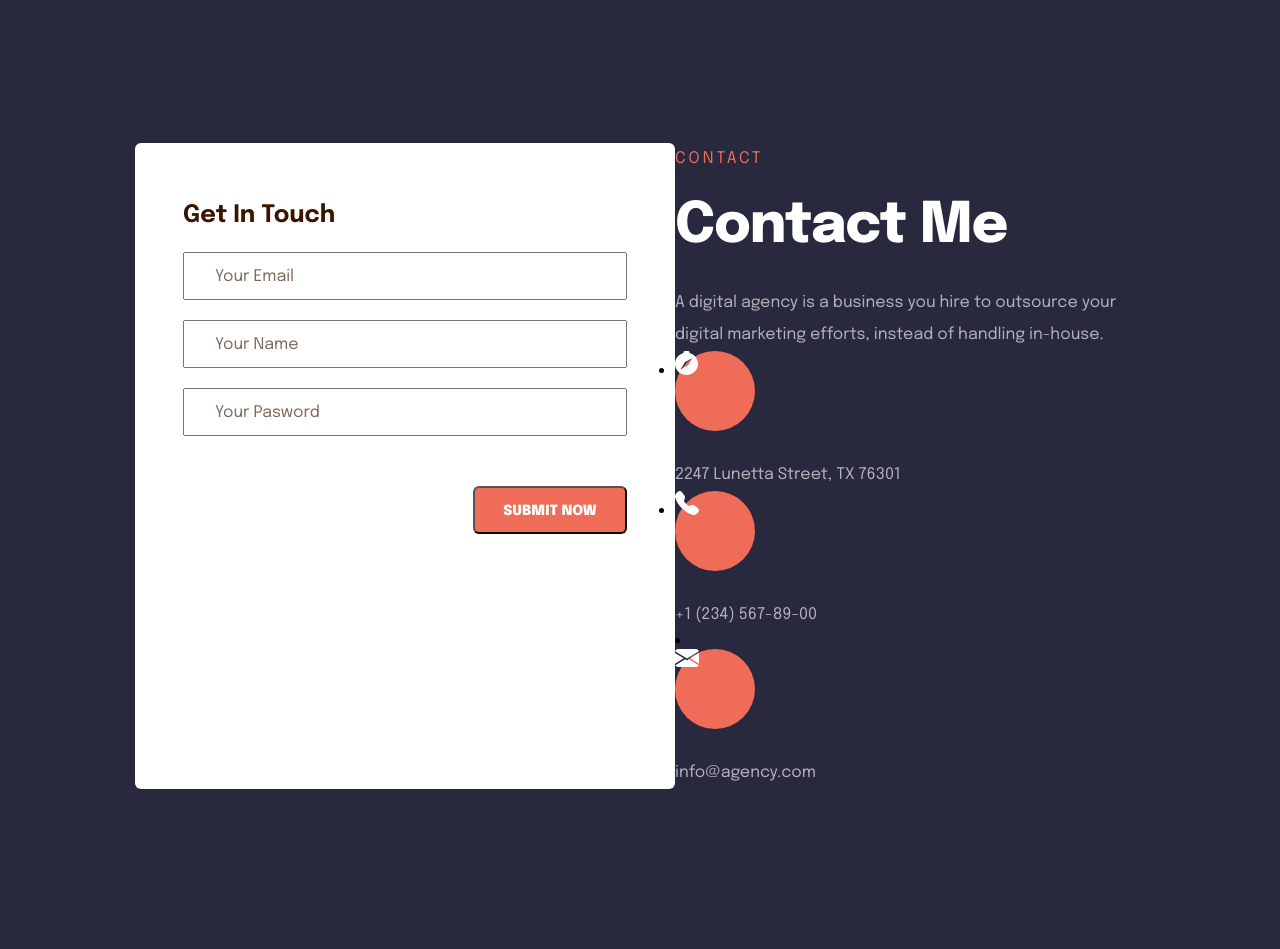
Repository: MehdiKerimov/Figma-Task-14
Page: index.html
The author's editor kept a copy of each file at every save. The page is drawn from the files as they stood at one save, then again after the next save.
The browser window is 1280 px wide. The pictures show the whole page.

Above is the page before, as saved 2023-10-07 15:34:22.

### index.html
<!DOCTYPE html>
<html lang="en">
  <head>
    <meta charset="UTF-8" />
    <meta name="viewport" content="width=device-width, initial-scale=1.0" />
    <title>Document</title>
    <link rel="stylesheet" href="index.css" />
  </head>
  <body>
    <div class="container">
      <div class="box-container">
        <h1>Get In Touch</h1>
        <form action="">
          <label for="">
            <input type="email" placeholder="Your Email" name="" id="" />
          </label>
          <label for="">
            <input type="text" placeholder="Your Name" />
          </label>
          <label for="">
            <input type="password" placeholder="Your Pasword" />
          </label>
          <button><a href="#">Submit Now</a></button>

        </form>
      </div>

      <div class="text-box">
        <h1>Contact</h1>
        <h2>Contact Me</h2>
        <p>
          A digital agency is a business you hire to outsource your digital
          marketing efforts, instead of handling in-house.
        </p>

        <ul>
          <li>
            <div class="circle">
              <svg
                xmlns="http://www.w3.org/2000/svg"
                width="23"
                height="24"
                viewBox="0 0 23 24"
                fill="none"
              >
                <path
                  fill-rule="evenodd"
                  clip-rule="evenodd"
                  d="M12.5128 23.9559C18.4476 23.4434 22.9991 18.5852 23 12.7619C22.9992 7.68681 19.5202 3.24133 14.5089 1.91219C14.6419 1.45966 14.5495 0.972375 14.2595 0.596433C13.9696 0.220491 13.5157 -0.000396111 13.034 0H9.9675C9.4858 -0.000396111 9.03192 0.220491 8.74193 0.596433C8.45195 0.972375 8.35958 1.45966 8.49253 1.91219C2.74205 3.43556 -0.865618 8.99957 0.179927 14.7325C1.22547 20.4654 6.57793 24.4683 12.5128 23.9559ZM17.4618 6.91176L17.465 6.90994L17.462 6.91144L17.4618 6.91176ZM17.4618 6.91176L9.87551 11.1479L5.53646 18.5674L13.126 14.3294L17.4618 6.91176Z"
                  fill="white"
                />
              </svg>
            </div>
          <p>2247 Lunetta Street, TX 76301</p>

          </li>
<li>
  <div class="circle">
    <svg
      xmlns="http://www.w3.org/2000/svg"
      width="24"
      height="24"
      viewBox="0 0 24 24"
      fill="none"
    >
      <path
        fill-rule="evenodd"
        clip-rule="evenodd"
        d="M2.82812 0.765296C3.35902 0.235151 4.09188 -0.0416708 4.84066 0.0050961C5.58945 0.051863 6.28217 0.417722 6.743 1.00981L9.43541 4.46897C9.92889 5.10349 10.1029 5.93003 9.9079 6.71007L9.08742 9.99522C9.00114 10.3413 9.10245 10.7073 9.35441 10.9598L13.0398 14.6454C13.2925 14.8979 13.6592 14.9993 14.0058 14.9124L17.2892 14.0919C18.0691 13.8969 18.8953 14.0711 19.5301 14.5644L22.989 17.2555C24.2324 18.2231 24.3464 20.0607 23.2335 21.1722L21.6825 22.7233C20.5726 23.8333 18.9136 24.3209 17.3672 23.7763C13.4091 22.3836 9.81531 20.1174 6.85249 17.146C3.88152 14.1834 1.61557 10.5899 0.222699 6.63206C-0.320284 5.08699 0.167201 3.42642 1.27717 2.31637L2.82812 0.765296Z"
        fill="white"
      />
    </svg>
  </div>
  <p>+1 (234) 567-89-00</p>
</li>
</ul>
     <li>
      <div class="circle">
        <svg
          xmlns="http://www.w3.org/2000/svg"
          width="24"
          height="18"
          viewBox="0 0 24 18"
          fill="none"
        >
          <path
            fill-rule="evenodd"
            clip-rule="evenodd"
            d="M3 0C1.60024 -9.42171e-05 0.386447 0.967828 0.075 2.3325L12 9.621L23.925 2.3325C23.6136 0.967828 22.3998 -9.42171e-05 21 0H3ZM0 14.7015V4.0455L8.7045 9.3645L0 14.7015ZM10.1415 10.245L0.2865 16.2855C0.78351 17.3335 1.84012 18.0011 3 18H21C22.1597 18.0003 23.2157 17.3321 23.712 16.284L13.857 10.2435L12 11.379L10.1415 10.2435V10.245ZM24 14.7015L15.2955 9.366V9.3645L24 4.0455V14.7015Z"
            fill="white"
          />
        </svg>
      </div>
      <p>info@agency.com</p>

     </li>

        </ul>
      </div>
    </div>
  </body>
</html>

### index.css
@import url("https://fonts.googleapis.com/css2?family=Epilogue:wght@400;700;800;900&display=swap");
* {
  padding: 0;
  margin: 0;
  box-sizing: border-box;
}
.container {
  background-color: #28293e;
  min-height: 100vh;
  padding: 143px 135px 160px 135px;
  display: flex;
  justify-content: space-between;
}
.container .box-container {
  padding: 57px 48px 48px 48px;
  width: 570px;
  border-radius: 6px;
  background: #fff;
}
.container .box-container h1 {
  color: var(--Text_Dark, #391400);
  font-feature-settings: "clig" off, "liga" off;
  font-family: Epilogue;
  font-size: 24px;
  font-style: normal;
  font-weight: 700;
  line-height: 32px;
}
form {
  display: flex;
  flex-direction: column;
  align-items: center;
}
label {
  width: 100%;
  margin-top: 20px;
}
input {
  padding-left: 30px;
  padding-right: 30px;

  width: 100%;
  height: 48px;
}
input::placeholder {
  color: var(--Text_Dark_Gray, rgba(57, 20, 0, 0.64));
  font-feature-settings: "clig" off, "liga" off;
  font-family: Epilogue;
  font-size: 16px;
  font-style: normal;
  font-weight: 400;
  line-height: 32px;
}
.container .box-container button {
  margin-left: auto;
  display:block;
  margin-top: 50px;
  width: 154px;
  height: 48px;
  border-radius: 6px;
  background: #ef6d58;
}
.container .box-container button a {
  text-decoration: none;
  color: #fff;
  text-align: center;
  font-family: Epilogue;
  font-size: 14px;
  font-style: normal;
  font-weight: 900;
  line-height: normal;
  text-transform: uppercase;
}
/* .container .text-box {
  min-height: 100vh;
} */
.container .text-box h1 {
  color: var(--Text_Light_Accent, #ef6d58);
  font-feature-settings: "clig" off, "liga" off;
  font-family: Epilogue;
  font-size: 16px;
  font-style: normal;
  font-weight: 400;
  line-height: 32px;
  letter-spacing: 3px;
  text-transform: uppercase;
}
.container .text-box h2 {
  margin-top: 20px;
  color: var(--Text_Light, #fff);
  font-feature-settings: "clig" off, "liga" off;
  font-family: Epilogue;
  font-size: 56px;
  font-style: normal;
  font-weight: 800;
  line-height: 64px;
  letter-spacing: -1px;
}
.container .text-box p {
  margin-top: 28px;
  width: 470px;
  color: var(--Text_Light_Gray, rgba(255, 255, 255, 0.64));
  font-feature-settings: "clig" off, "liga" off;
  font-family: Epilogue;
  font-size: 16px;
  font-style: normal;
  font-weight: 400;
  line-height: 32px;
}
.container .box p {
  color: var(--Text_Light, #fff);
  font-feature-settings: "clig" off, "liga" off;
  font-family: Epilogue;
  font-size: 20px;
  font-style: normal;
  font-weight: 400;
  line-height: 32px;
}
.container .circle {
  width: 80px;
  height: 80px;
  background-color: #ef6d58;
  border-radius: 50%;
}

After the next save:
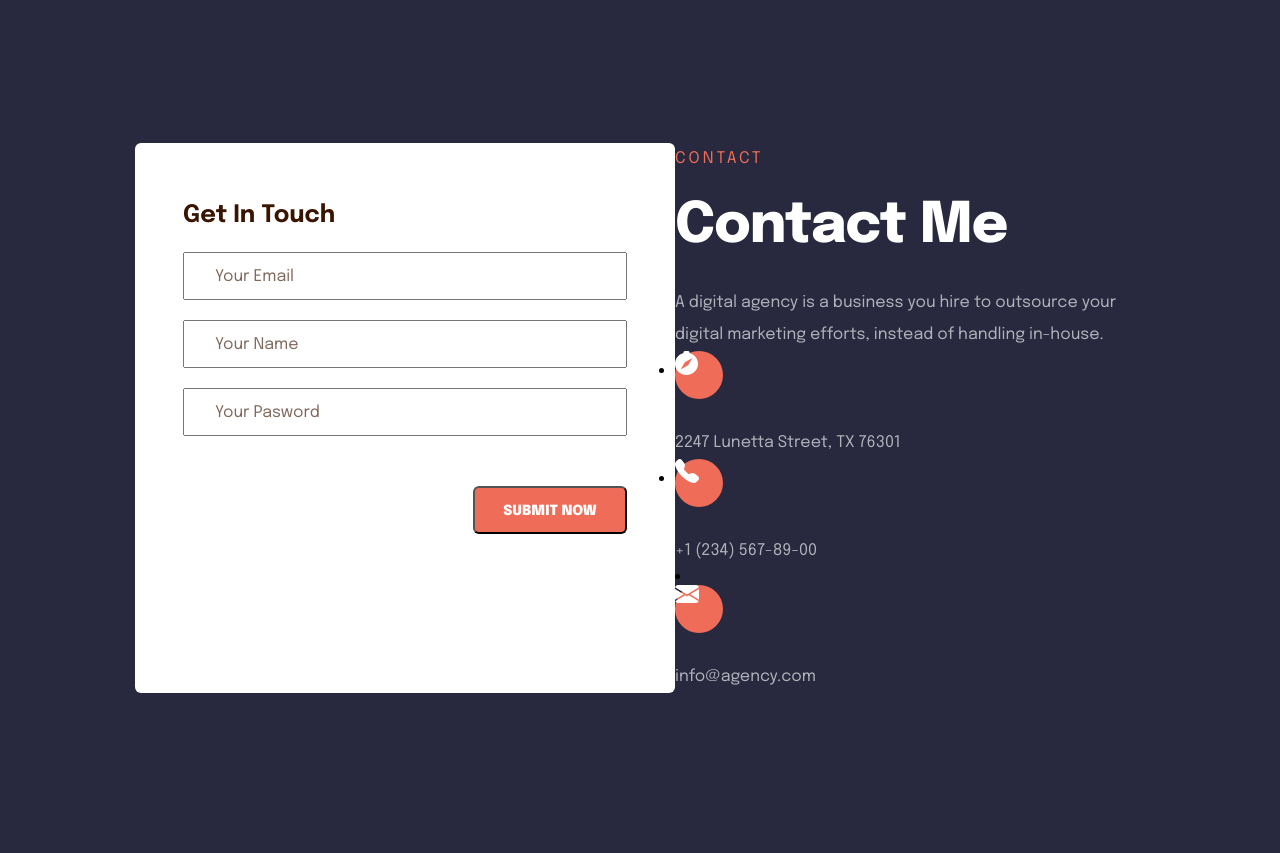
Saved 27 s later.
--- a/index.css
+++ b/index.css
@@ -117,8 +117,8 @@ input::placeholder {
   line-height: 32px;
 }
 .container .circle {
-  width: 80px;
-  height: 80px;
+  width: 48px;
+  height: 48px;
   background-color: #ef6d58;
   border-radius: 50%;
 }
